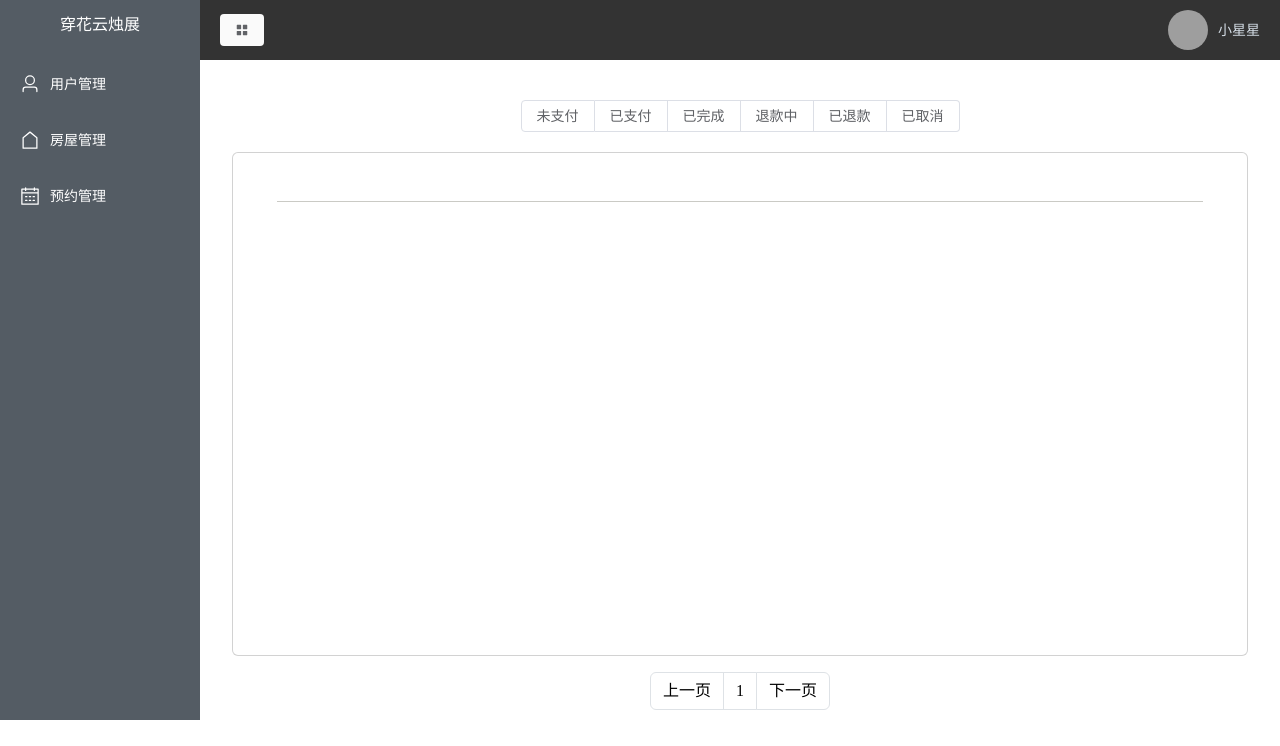
Repository: 3403784285-lucky/test-vue-big
Page: /manage/preview
An editor plug-in stored every save of this project. The page is shown before and after a run of saves, followed by the edit.
The browser window is 1280 px wide. The pictures show the whole page.
Pictures or frames that could not be fetched are drawn as grey boxes. The page's requests for data from a server got no answer. The project was rebuilt for these pictures with package versions that can differ from the ones it lists, and the page was loaded fresh each time. No one was signed in, and anything a server would have sent is missing. Also part of the build but not shown: vite.config.js, src/components/HelloWorld.vue, src/components/WelcomeItem.vue, src/components/icons/IconDocumentation.vue, src/components/icons/IconTooling.vue, src/components/icons/IconEcosystem.vue, src/components/icons/IconCommunity.vue, src/components/icons/IconSupport.vue and 2 more. Imported but missing from the stored project, and not drawn on this page: src/views/user/UserPassword.vue.

Above is the page before, as saved 2024-06-22 11:24:06.

### src/main.js
/*
 * @Author: 3403784285-lucky 147294730+3403784285-lucky@users.noreply.github.com
 * @Date: 2023-11-22 15:07:09
 * @LastEditors: 3403784285-lucky 147294730+3403784285-lucky@users.noreply.github.com
 * @LastEditTime: 2023-12-07 16:18:51
 * @FilePath: \test-vue-big\src\main.js
 * @Description: 这是默认设置,请设置`customMade`, 打开koroFileHeader查看配置 进行设置: https://github.com/OBKoro1/koro1FileHeader/wiki/%E9%85%8D%E7%BD%AE
 */
import { createApp } from 'vue'
import pinia from './stores'
import App from './App.vue'
import router from './router'
import '@/assets/main.scss'
import 'jquery/dist/jquery.min'
import 'bootstrap/dist/css/bootstrap.css'
import 'bootstrap/dist/js/bootstrap'
import 'bootstrap/dist/js/bootstrap.bundle.min' // 注意这里使用了 bundle 版本，它包含了 Popper.js
import '@/assets/font/iconfont.css'

import ElementPlus from 'element-plus'//引入Element Plus库，用于创建UI界面
import 'element-plus/dist/index.css'//引入Element Plus库的CSS样式表
const app = createApp(App)
//带有凭证，跨域操作
// axios.defaults.withCredentials = true
app.use(pinia)
app.use(router)

app.use(ElementPlus);
app.mount('#app')

import * as ELIcons from '@element-plus/icons-vue'
// 全局导入element plus图标
for (let iconName in ELIcons) {
    app.component(iconName, ELIcons[iconName])
}

### src/stores/index.js
//pinia独立维护

import { createPinia } from 'pinia'
import { defineStore } from 'pinia';

import persist from 'pinia-plugin-persistedstate'
const pinia = createPinia()

pinia.use(persist)
//统一导出
export default pinia
export * from './modules/user'
export * from './modules/counter'

export * from './modules/time'
export const useButtonStore = defineStore('button', {
    state: () => ({
        fromButton: false
    }),
    actions: {
        setFromButton(value) {
            this.fromButton = value;
        }
    }
});

### src/App.vue
<script setup>


</script>

<template>
  <router-view ></router-view>
</template>

<style scoped>

*{
  padding: 0;
  margin: 0;
}


</style>
<!-- "lint-staged": {
       "*.{js,ts,vue}": [
         "eslint --fix"
       ]
     } -->

### src/assets/main.scss
body{
    margin: 0;
    background-color: #f5f5f5;
}
// fade-slide

### src/assets/font/iconfont.css
@font-face {
  font-family: "iconfont"; /* Project id 4248113 */
  src: url('iconfont.woff2?t=1702733858370') format('woff2'),
       url('iconfont.woff?t=1702733858370') format('woff'),
       url('iconfont.ttf?t=1702733858370') format('truetype');
}

.iconfont {
  font-family: "iconfont" !important;
  font-size: 16px;
  font-style: normal;
  -webkit-font-smoothing: antialiased;
  -moz-osx-font-smoothing: grayscale;
}

.icon-shouye:before {
  content: "\e614";
}

.icon-weizhi:before {
  content: "\e615";
}

.icon-jinggao:before {
  content: "\e627";
}

.icon-yishoucang:before {
  content: "\e622";
}

.icon-shangchuangequ:before {
  content: "\e62e";
}

.icon-yunxiazai:before {
  content: "\e601";
}

.icon-shoucang1:before {
  content: "\e602";
}

.icon-xiazai2:before {
  content: "\e667";
}

.icon-xiazai1:before {
  content: "\e635";
}

.icon-chuangjiangedan:before {
  content: "\e613";
}

.icon-shouqipinglun:before {
  content: "\e6a2";
}

.icon-fanhui:before {
  content: "\e71e";
}

.icon-OTCrenzheng:before {
  content: "\e641";
}

.icon-xinzeng:before {
  content: "\e616";
}

.icon-gedanbiaoqian:before {
  content: "\e6b9";
}

.icon-svg_nav_Like_press:before {
  content: "\e612";
}

.icon-bianji:before {
  content: "\e600";
}

.icon-shoucang:before {
  content: "\e611";
}

.icon-peach-flower:before {
  content: "\e674";
}

.icon-bofangqi-bofang:before {
  content: "\e6a4";
}

.icon-huifu:before {
  content: "\e625";
}

.icon-xunhuanbofang:before {
  content: "\e6cc";
}

.icon-jingyin:before {
  content: "\e6e5";
}

.icon-ks3_music:before {
  content: "\e662";
}

.icon-nansheng:before {
  content: "\e64a";
}

.icon-nvsheng:before {
  content: "\e64b";
}

.icon-shangyiyehoutuifanhui-xianxingyuankuang:before {
  content: "\e8ef";
}

.icon-xiayiyeqianjinchakangengduo-xianxingyuankuang:before {
  content: "\e8f0";
}

.icon-002jingyin:before {
  content: "\e675";
}

.icon-yinliang:before {
  content: "\e63c";
}

.icon-jushoucang:before {
  content: "\e643";
}

.icon-zanting:before {
  content: "\e618";
}

.icon-shangyishou-yuanshijituantubiao:before {
  content: "\e62c";
}

.icon-xiayishou-yuanshijituantubiao:before {
  content: "\e62d";
}

.icon-suspend:before {
  content: "\e67d";
}

.icon-bianzu03_x:before {
  content: "\e6f2";
}

.icon-bofang-xunhuanbofang:before {
  content: "\e68d";
}

.icon-icon-spring-pink:before {
  content: "\e725";
}

.icon-sousuo:before {
  content: "\e651";
}

.icon-remen:before {
  content: "\e8f4";
}

.icon-yinleliebiao:before {
  content: "\e67c";
}

.icon-kekeaiaixiaopenzai-:before {
  content: "\e60c";
}

.icon-ego-favorite:before {
  content: "\e610";
}

.icon-xiazai:before {
  content: "\e60e";
}

.icon-xihuan:before {
  content: "\e61d";
}

### src/stores/modules/user.js
import { defineStore } from 'pinia'
import { ref } from 'vue'

// 用户模块  token setToken removeToken

export const useUserStore = defineStore(
    'big-user',
    () => {
        const token = ref('')
        const userId = ref('0')
        const email = ref('')
        const name = ref('')
        const pic = ref('')

        const setToken = (newValue) => {
            token.value = newValue
        }

        const removeToken = () => {
            token.value = ''
        }

        const updateUserInfo = (newUserInfo) => {
            if (newUserInfo.userId !== undefined) {
                userId.value = newUserInfo.userId
            }
            if (newUserInfo.email !== undefined) {
                email.value = newUserInfo.email
            }
            if (newUserInfo.name !== undefined) {
                name.value = newUserInfo.name
            }
            if (newUserInfo.pic !== undefined) {
                pic.value = newUserInfo.pic
            }
        }

        return {
            token,
            userId,
            email,
            name,
            pic,
            setToken,
            removeToken,
            updateUserInfo
        }
    },
    {
        persist: true
    }
)

### src/stores/modules/counter.js
import { defineStore } from 'pinia'
import { ref } from 'vue'

//数字计数器模块

export const useCountStore = defineStore(
  'big-count',
  () => {
    const count = ref(60)
    const sub = () => {
      count.value--
    }
    return {
      count,
      sub
    }
  },
  {
    persist: {
      enabled: true,
      key: 'tempCount',
      storage: sessionStorage
    }
  }
)

### src/stores/modules/time.js
import { defineStore } from 'pinia'
import { ref } from 'vue'

//数字计数器模块

export const useTimeStore = defineStore(
  'temporary',
  () => {
    const house = ref({})
    const order = ref({})
    const finish = ref('')
    const cancel = ref('')
    const loading= ref(false)
    const refresh=ref(false)


    const activeTab = ref('待支付')
    return {
      house,
      order,
      activeTab,
      finish,
      loading,
      cancel,
      refresh
    }
  },
  {
    persist: {
      enabled: true,
      key: 'temp',
      storage: sessionStorage
    }
  }
)

### src/views/layout/ManagerLayout.vue
<template>
  <el-container>
    <el-aside width=auto>
      <CommonAside />
    </el-aside>
    <el-container>
      <el-header class="el-header"><CommonHeader /></el-header>
      <el-main>
        <router-view></router-view>
      </el-main>
    </el-container>
  </el-container>
</template>
<script setup>
import CommonAside from "@/views/menu/CommonAside.vue";
import CommonHeader from "@/views/menu/CommonHeader.vue";
</script>


<style lang="less" scoped>
.el-header{
  padding: 0px;
}
</style>

### src/views/back/PreviewManage.vue
<template>
  <div class="container">
  <div style="margin-top: 20px;margin-bottom: 20px; display: flex;justify-content: center;">
    <el-radio-group v-model="radio2" fill="black" @change="changeSelect">
      <el-radio-button label="未支付" value="0" />
      <el-radio-button label="已支付" value="1" />
      <el-radio-button label="已完成" value="2" />
      <el-radio-button label="退款中" value="-2" />
      <el-radio-button label="已退款" value="-3" />
      <el-radio-button label="已取消" value="-1" />

    </el-radio-group>
  </div>
    <div class="card manage-frame">
      <div class="container">
        <div class="row">
          <div class="col-md-2"></div>
        </div>

        <div class="split"></div>

        <div class="row" v-for="preview in previews" :key="preview.orderSkuId">
          <div class="img-frame col-md-1">
            <img class="img-fluid" :src="preview.housePic" alt="用户头像" />
          </div>
          <div class="name col-md-2">小星星{{ preview.userId }}</div>
          <div class="col-md-6 des-manage">
            {{ preview.description }}
          </div>
          <div class="col-md-1">
            <button
              type="button"
              class="down rounded-2"
              data-bs-toggle="modal"
              data-bs-target="#exampleModal"
              @click="getValue(preview)"
            >
              {{ changeName(preview.orderStatus) }}
            </button>
          </div>
          <div class="col-md-1">
            <button type="button" class="agree rounded-2">指派</button>
          </div>
          <div class="split"></div>
        </div>
      </div>
    </div>
    <nav aria-label="Page navigation example" class="test">
      <ul class="pagination justify-content-center">
        <li class="page-item">
          <a
            class="page-link"
            href="#"
            tabindex="-1"
            aria-disabled="true"
            @click="prePage"
            >上一页</a
          >
        </li>

        <li class="page-item">
          <a class="page-link" href="#">{{ page }}</a>
        </li>

        <li class="page-item">
          <a class="page-link" href="#" @click="nextPage">下一页</a>
        </li>
      </ul>
    </nav>
  </div>
  <div
    class="modal fade"
    id="exampleModal"
    tabindex="-1"
    aria-labelledby="exampleModalLabel"
    aria-hidden="true"
  >
    <div class="modal-dialog about-return">
      <div class="modal-content">
        <div class="modal-header">
          <h5 class="modal-title" id="exampleModalLabel">提示</h5>
          <button
            type="button"
            class="btn-close"
            data-bs-dismiss="modal"
            aria-label="Close"
          ></button>
        </div>
        <div class="modal-body">
          {{ changeContent(temp) }}
        </div>
        <div class="modal-footer">
          <button
            type="button"
            class="btn btn-secondary cancel"
            data-bs-dismiss="modal"
          >
            取消
          </button>
          <button
            type="button"
            class="btn bg-dark text-white"
            @click="dealWithPreview(temp)"
          >
            确定
          </button>
        </div>
      </div>
    </div>
  </div>
</template>

<script setup>
import { ref, onUnmounted } from 'vue'
import { useRouter } from 'vue-router'
import { useTimeStore } from '@/stores/index'
import $ from 'jquery'

import {
  clarifyOrderService,
  previewReturnService,
  houseCertainService
} from '@/api/house'




const radio2 = ref('New York')
const router = useRouter()
let previews = ref()
let timeStore = useTimeStore()
const temp = ref({
  orderSkuId: null,
  userId: null,
  orderSpuId: null,
  orderCreateTime: null,
  orderStatus: null,
  orderBadTime: null,
  orderEndTime: null,
  description: null,
  skuId: null,
  totalPrice: null
})
const page = ref(1)
const totalPage = ref()

const changeSelect=async(e)=>{

  if(e=="未支付"){
    const res=await clarifyOrderService(page.value,5,0)
    previews.value=res.data.data.records[0].orderSkus
  totalPage.value = res.data.data.pages


  }
  else if(e=="已支付"){
    const res=await clarifyOrderService(page.value,4,1)
    previews.value=res.data.data.records[0].orderSkus
  totalPage.value = res.data.data.pages




  }
  else if(e=="已取消"){
    const res=await clarifyOrderService(page.value,4,-1)
    previews.value=res.data.data.records[0].orderSkus
  totalPage.value = res.data.data.pages



  }
  else if(e=="已退款"){
    const res=await clarifyOrderService(page.value,4,-3)
    previews.value=res.data.data.records[0].orderSkus
  totalPage.value = res.data.data.pages



  }
  else if(e=="退款中"){
    const res=await clarifyOrderService(page.value,4,-3)
    previews.value=res.data.data.records[0].orderSkus
  totalPage.value = res.data.data.pages



  }else if(e=="已完成"){
    const res=await clarifyOrderService(page.value,4,2)
    previews.value=res.data.data.records[0].orderSkus
  totalPage.value = res.data.data.pages



  }

}

const getValue = (preview) => {
  temp.value = preview
  console.log('点击了')
}

const dealWithPreview = (preview) => {
  if (preview.orderStatus == -2) {
    agreeReturn(preview)
    preview.orderStatus = '-3'
    $('.cancel')[0].click()
  } else {
    seeHouse(preview)
  }
}

const init = async () => {
  const res = await clarifyOrderService(page.value,5,2)
  console.log(res.data.data)
   previews.value = res.data.data.records[0].orderSkus
  totalPage.value = res.data.data.pages
}
const changeName = (status) => {
  if (status == -2) {
    return '退款'
  } else {
    return '查看'
  }
}
const changeContent = (preview) => {
  console.log(preview.orderStatus)
  if (preview.orderStatus == -2) {
    return '您确定要同意该订单的退款吗'
  } else {
    return '您即将跳转到房屋详情页面，要继续操作吗？'
  }
}
onUnmounted(() => {
  $('.modal-backdrop').remove()
  $('body').removeClass('modal-open')
})
init()
//上一页
const prePage = () => {
  console.log('上一页')
  if (page.value != 1) {
    page.value--
    init()
  }
}
//同意退款
const agreeReturn = async (preview) => {
  await previewReturnService(preview)

  ElMessage.success('退款成功')
}
const seeHouse = async (preview) => {
  const res = await houseCertainService(preview)
  console.log(res.data)
  timeStore.house = res.data.data
  router.push('/house/channel')
}

//下一页
const nextPage = () => {
  console.log('下一页')
  if (page.value != totalPage.value) {
    page.value++
    init()
  }
}
</script>
<style scoped>
.manage-frame {
  padding: 2rem;
  height: 70vh;

}
.test {
  margin-top: 1rem;
  font-family: 'YouYuan';
}
.page-link {
  color: black;
}
.name {
  font-size: 0.9rem;
  font-family: 'YouYuan';
}
.freeze {
  width: 4rem;
  height: 2rem;
  font-size: 0.7rem;
  background-color: rgb(201, 105, 105);
  color: white;
  border: 0;
  outline: none;
}
.down {
  width: 3rem;
  height: 1.5rem;
  font-size: 0.7rem;
  background-color: rgb(201, 105, 105);
  color: white;
  border: 0;
  outline: none;
}

.agree {
  width: 3rem;
  height: 1.5rem;
  font-size: 0.7rem;
  background-color: rgb(73, 211, 156);
  color: white;
  border: 0;
  outline: none;
}
.split {
  height: 0.02rem;
  background-color: rgb(202, 202, 197);
  width: 100%;
  margin-top: 1rem;
  margin-bottom: 1rem;
}
.des-manage {
  font-size: 0.7rem;
  color: rgb(150, 155, 160);
}
</style>

### src/views/menu/CommonAside.vue
<template>
  <el-menu default-active="1-4-1" class="el-menu-vertical-demo" @open="handleOpen" @close="handleClose"
           :collapse="isCollapse" background-color="#545c64" text-color="#fff" active-text-color="#ffd04b">
    <!-- 要放到导航栏里面 -->
    <h3>{{ isCollapse ? "后台" : "穿花云烛展" }}</h3>
    <!-- 观察数据,我们发现name是唯一标识 -->
    <!-- 查看文档,index是唯一标识 -->
    <el-menu-item @click="clickItem(item)" v-for="item in noChildren" :key="item.name" :index="item.name">
      <!-- 直接使用图标组件 -->
      <component :is="item.icon" class="menu-icon" />
      <span slot="title">{{ item.label }}</span>
    </el-menu-item>
  </el-menu>
</template>

<script setup>
import { computed } from 'vue';
import { useRouter, useRoute } from 'vue-router';
import { useMenuStore } from '@/stores/modules/menuStore'; // 引入 Pinia Store
import {
  House,
  User,
  Calendar
} from '@element-plus/icons-vue';

const icons = {
  House,
  User,
  Calendar
};

const MenuData = [
  {
    name: 'userManagement',
    label: '用户管理',
    icon: User,
    path: '/manage/user',
    url: '/manage/user'
  },
  {
    name: 'houseManagement',
    label: '房屋管理',
    icon: House,
    path: '/manage/house',
    url: '/manage/house'
  },
  {
    name: 'previewManagement',
    label: '预约管理',
    icon: Calendar,
    path: '/manage/preview',
    url: '/manage/preview'
  }
];

// 动态解析图标组件
const resolveIconComponent = (iconName) => {
  return icons[iconName] || null;
};

// 使用 Pinia Store
const menuStore = useMenuStore();

// 获取折叠状态
const isCollapse = computed(() => menuStore.isCollapse);

// 获取路由实例
const router = useRouter();
const route = useRoute();

// 处理菜单项点击事件，导航到指定路径
const clickItem = (item) => {
  // 防止重复点击同一路径报错
  if (route.path !== item.path && !(route.path === '/manager-layout' && item.path === '/manage/user')) {
    router.push(item.path);
  }
};

// 处理菜单打开事件
const handleOpen = (key, keyPath) => {
  console.log('打开菜单:', key, keyPath);
};

// 处理菜单关闭事件
const handleClose = (key, keyPath) => {
  console.log('关闭菜单:', key, keyPath);
};

// 计算属性，过滤没有子菜单的菜单项
const noChildren = computed(() => {
  return MenuData.filter(item => !item.children);
});

// 计算属性，过滤有子菜单的菜单项
const hasChildren = computed(() => {
  return MenuData.filter(item => item.children);
});
</script>

<style scoped>
.el-menu-vertical-demo:not(.el-menu--collapse) {
  width: 200px;
  min-height: 400px;
}

.el-menu {
  height: 100vh;
  border-right: none;

  h3 {
    text-align: center;
    line-height: 48px;
    color: #fff;
    font-size: 16px;
    font-weight: 400;
  }
}

.menu-icon {
  margin-right: 10px;
  font-size: 20px; /* 调整图标大小 */
  width: 1em;
  height: 1em;
  display: inline-flex;
  align-items: center;
  justify-content: center;
}
</style>

### src/views/menu/CommonHeader.vue
<template>
  <div class="header-container">
    <div class="l-content">
      <el-button @click="handleMenu" size="mini" class="custom-button">
        <el-icon><Menu /></el-icon>
      </el-button>
    </div>
    <div class="r-content">
      <el-dropdown>
        <span class="el-dropdown-link" @click.stop>
          <img class="user" src="https://tse3-mm.cn.bing.net/th/id/OIP-C.XnNffgb1NFyj1bxHEXyzsQAAAA?w=210&h=210&c=7&r=0&o=5&dpr=2&pid=1.7" alt="头像">
          <span class="username">小星星</span>
        </span>
        <template #dropdown>
          <el-dropdown-menu>
            <el-dropdown-item>个人信息</el-dropdown-item>
            <el-dropdown-item>退出</el-dropdown-item>
          </el-dropdown-menu>
        </template>
      </el-dropdown>
    </div>
  </div>
</template>

<script setup>
import { Menu } from '@element-plus/icons-vue';
import { useMenuStore } from '@/stores/modules/menuStore'; // 引入 Pinia Store

const menuStore = useMenuStore(); // 使用 Pinia Store

const handleMenu = () => {
  menuStore.toggleCollapse(); // 调用 Pinia Store 的方法
};
</script>

<style lang="less" scoped>
.header-container {
  background-color: #333;
  height: 60px;

  // 让按钮和头像居中
  display: flex;
  justify-content: space-between;
  align-items: center;
  // 不要紧贴边框
  padding: 0 20px;

  .el-dropdown-link {
    display: flex;
    align-items: center;
    cursor: pointer;
    color: #d5dee7;

    .user {
      width: 40px;
      height: 40px;
      // 50%变圆形
      border-radius: 50%;
    }

    .username {
      margin-left: 10px;
      color: #d5dee7;
    }
  }
}

/* 自定义按钮样式 */
.custom-button {
  background-color: #fafafa; /* 默认背景色 */
  color: #616367; /* 默认文字颜色 */
  border: none; /* 无边框 */
}

.custom-button:hover {
  background-color: #616367; /* 悬停背景色 */
  color: #fff; /* 悬停文字颜色 */
}

.custom-button:active {
  background-color: #616367; /* 悬停背景色 */
  color: #fff; /* 悬停文字颜色 */
}
</style>

### src/utils/request.js
import { useUserStore } from '@/stores'
import { ElMessage } from 'element-plus'
import router from '@/router'
import axios from 'axios'

const baseURL = 'http://localhost:8080'

const instance = axios.create({
    baseURL,
    timeout: 60000
    //   headers: { 'X-Custom-Header': 'foobar' }
})

// 添加请求拦截器
axios.interceptors.request.use(
    (config) => {
        // 在发送请求之前做些什么
        const useStore = useUserStore()
        if (useStore.token) {
            config.headers.Authorization = useStore.token
        }
        return config
    },
    function (error) {
        // 处理请求错误
        return Promise.reject(error)
    }
)

// 添加响应拦截器
axios.interceptors.response.use(
    function (response) {
        // 2xx 状态码都会触发此函数
        // 处理响应数据
        if (
            response.data.code === 0 ||
            response.data.code == 506 ||
            response.data.code == 503
        ) {
            return response
        }
        ElMessage.error(response.data.message || '服务异常')
        return Promise.reject(response.data)
    },
    function (error) {
        // 处理响应错误
        // 特殊情况 401 未授权或者token过期=>跳转到登录页
        if (error.response?.status === 401) {
            router.push('/login')
        }
        // 默认情况下的错误处理
        ElMessage.error(error.response.data.message || '服务异常')
        return Promise.reject(error)
    }
)

export default instance
export { baseURL }

### src/stores/modules/menuStore.js
import { defineStore } from 'pinia';

export const useMenuStore = defineStore('menu', {
    state: () => ({
        isCollapse: false, // 导航栏是否折叠
    }),
    actions: {
        // 切换导航栏展开和收起的方法
        toggleCollapse() {
            this.isCollapse = !this.isCollapse;
        }
    }
});

Loaded but not shown: index.html (common file); src/router/index.js (172 lines, source omitted); src/api/house.js (249 lines, source omitted)

After the next 3 saves:
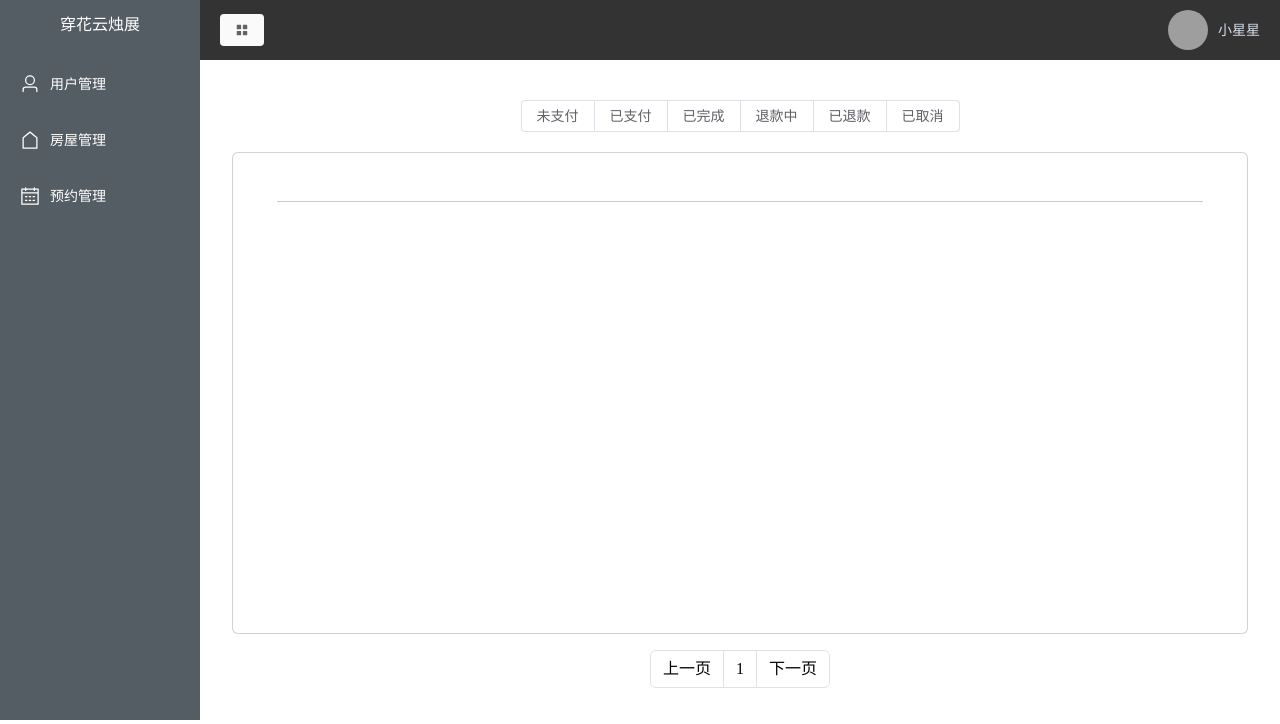
The 3 saves are shown as one change because they came seconds apart.
The last was saved 12 s later.
--- a/src/views/back/PreviewManage.vue
+++ b/src/views/back/PreviewManage.vue
@@ -270,7 +270,7 @@ const nextPage = () => {
 <style scoped>
 .manage-frame {
   padding: 2rem;
-  height: 70vh;
+  height: 67vh;
 
 }
 .test {
